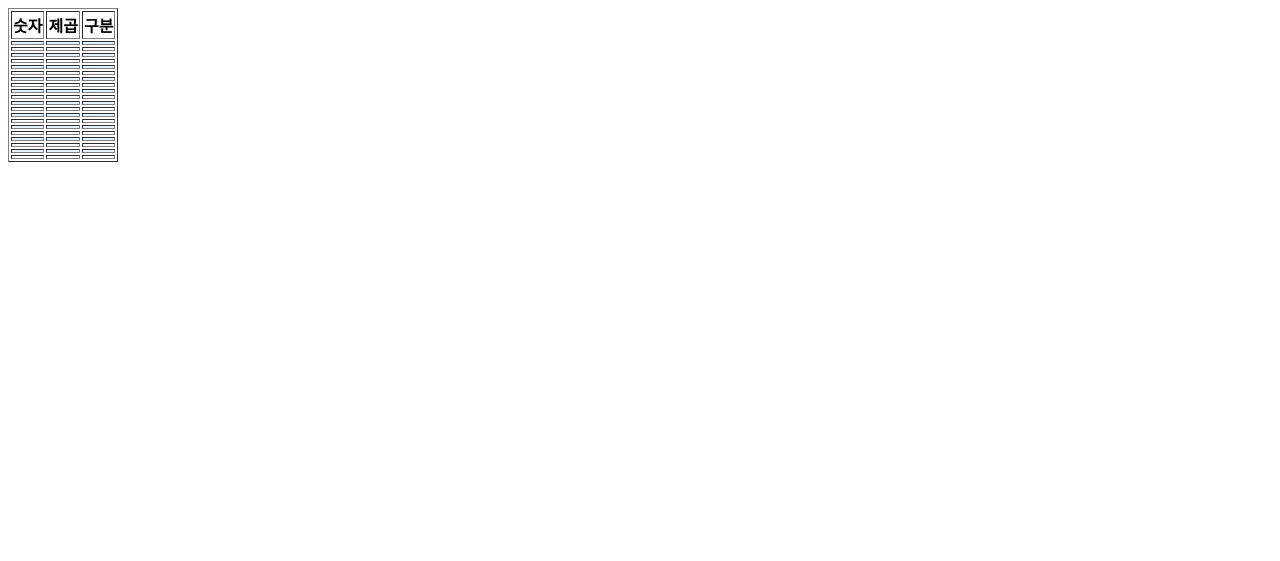
Repository: kkj68106810-dot/jsp2026
Page: http://localhost/chapter01/example_stripe.jsp
An editor plug-in stored every save of this project. The page is shown before and after the next save, followed by the edit.
The browser window is 1280 px wide. The pictures show the whole page.
The page is served by Tomcat 9.

Above is the page before, as saved 2026-10-16 06:03:12.

After the next save:
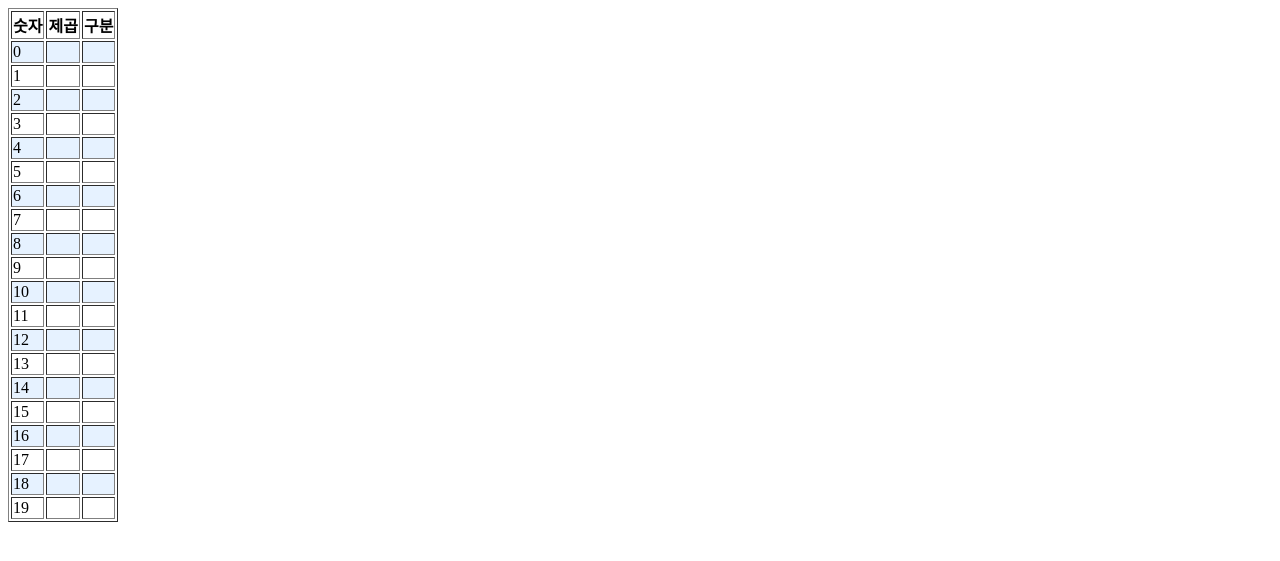
Saved 20 s later.
--- a/chapter01/src/main/webapp/example_stripe.jsp
+++ b/chapter01/src/main/webapp/example_stripe.jsp
@@ -20,8 +20,8 @@
 		</tr>
 		<% for(int i = 0 ; i < 20; i++) { %>
 		<tr style="background-color:<%=i%2 == 0 ? "#e6f2ff" : "#ffffff" %>">
-
 			<td>
+			<%=i%>
 			</td>
 			<td>
 			</td>
